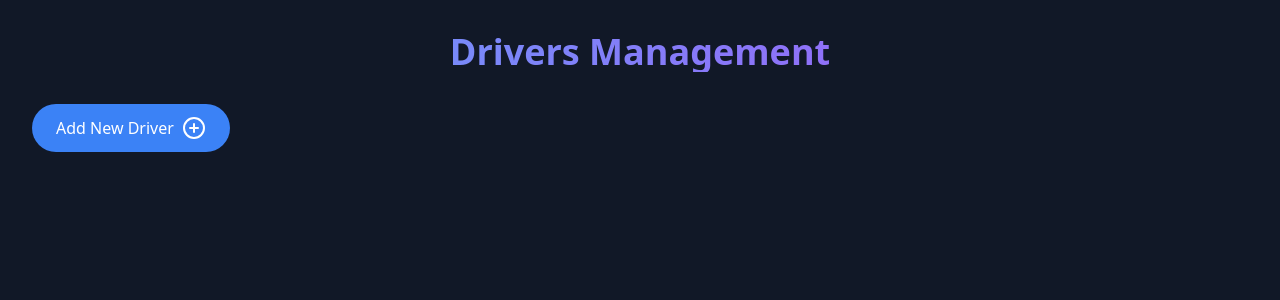
Repository: REXREGALIA/Sentinel-fuel
Page: /drivers
An editor plug-in stored every save of this project. The page is shown before and after the next save, followed by the edit.
The browser window is 1280 px wide. The pictures show the whole page.
The page's requests for data from a server got no answer. The project was rebuilt for these pictures with package versions that can differ from the ones it lists, and the page was loaded fresh each time. No one was signed in, and anything a server would have sent is missing. Also part of the build but not shown: vite.config.js, src/components/Login.jsx, src/components/Card.jsx, src/components/Forms.jsx, src/components/Home.jsx, src/components/Signup.jsx, src/components/land/About.jsx, src/components/land/Features.jsx and 11 more.

Above is the page before, as saved 2024-10-19 10:48:35.

### src/main.jsx
import { StrictMode } from "react";
import { createRoot } from "react-dom/client";
import App from "./App.jsx";
import "./index.css";
import AuthProvider from "./AuthContext.jsx";
createRoot(document.getElementById("root")).render(
  <StrictMode>
    <AuthProvider>
      <App />
    </AuthProvider>
  </StrictMode>
);

### src/App.jsx
import './App.css'
import Login from './components/Login'
import { BrowserRouter as Router, Route, Routes } from "react-router-dom";
import Home from './components/Home'
import Signup from './components/Signup'
import Landing from './components/land/Landing';
import Drivers from "./components/Drivers"
import DriverDetailView from './components/DriverDetailView'

function App() {

  return (
  <>
    <Router>
        <Routes>
          <Route path="/login" element={<Login />} />
          <Route path="/home" element={<Home />} />
          <Route path="/signup" element={<Signup />} />
          <Route path='/' element={<Landing />}></Route>
          <Route path="*" element={<NotFound />} />
          <Route path="/drivers" element={<Drivers/>} />
          <Route path="/driver/:driverName" component={DriverDetailView} />
        </Routes>
    </Router>
  </>
  )

}

function NotFound() {
  return <h1>404 - Page Not Found. Wrong HTTP Request</h1>;
}


export default App;

### src/index.css
@tailwind base;
@tailwind components;
@tailwind utilities;

/* body {
  background-color: #0000;
} */

### src/AuthContext.jsx
import { createContext, useEffect, useState } from "react";
import { onAuthStateChanged } from "firebase/auth";
import { auth } from "./Firebase";

const AuthContext = createContext();

export default function AuthProvider({ children }) {
  const [currentUser, setCurrentUser] = useState(null);
  const [loading, setLoading] = useState(true); // Set loading to true initially

  useEffect(() => {
    const unSubscribe = onAuthStateChanged(auth, (user) => {
      setCurrentUser(user);
      console.log(user); // Log the actual user, not currentUser
      setLoading(false); // Set loading to false once the user is checked
    });

    return () => unSubscribe(); // Clean up the subscription
  }, []);

  const value = { currentUser };

  return (
    <AuthContext.Provider value={value}>
      {!loading && children} {/* Render children only when loading is false */}
    </AuthContext.Provider>
  );
}

export { AuthContext };

### src/App.css
/* Reset margin and padding */
* {
  margin: 0;
  padding: 0;
  box-sizing: border-box;
}

/* Full height for html and body */
html,
body {
  height: 100%;
  overflow-x: hidden; /* Disable horizontal scroll */
}

/* Root container takes full viewport height */
#root,
.App {
  height: 100%;
  display: flex;
  flex-direction: column;
}

/* Make sure that scrolling doesn't add extra space */
body {
  background-color: #0000;
  overflow: hidden; /* Prevent vertical scroll space */
  position: relative;
}

### src/components/Drivers.jsx
import React, { useState } from 'react'
import { PlusCircle, X } from 'lucide-react'

export default function Drivers() {
  const [drivers, setDrivers] = useState([])
  const [showForm, setShowForm] = useState(false)
  const [selectedDriver, setSelectedDriver] = useState(null)
  const [formData, setFormData] = useState({
    id: '',
    name: '',
    driverId: '',
    truckId: '',
    licenseNumber: '',
    image: '',
    contactNumber: '',
    currentLocation: '',
    fuelInTank: 0
  })

  const handleChange = (e) => {
    const value = e.target.name === 'fuelInTank' ? parseFloat(e.target.value) : e.target.value
    setFormData({
      ...formData,
      [e.target.name]: value
    })
  }

  const handleSubmit = (e) => {
    e.preventDefault()
    const newDriver = { ...formData, id: Date.now().toString() }
    setDrivers([...drivers, newDriver])
    setShowForm(false)
    setFormData({
      id: '',
      name: '',
      driverId: '',
      truckId: '',
      licenseNumber: '',
      image: '',
      contactNumber: '',
      currentLocation: '',
      fuelInTank: 0
    })
  }

  const handleDriverClick = (driver) => {
    setSelectedDriver(driver)
    // Simulating route change
    console.log(`Navigating to /driver/${driver.name.toLowerCase().replace(' ', '_')}`)
  }

  return (
    <div className="min-h-screen bg-gray-900 text-white p-8">
      <h1 className="text-4xl font-bold mb-8 text-center bg-gradient-to-r from-blue-400 to-purple-500 text-transparent bg-clip-text">
        Drivers Management
      </h1>

      <button
        className="mb-8 px-6 py-3 bg-blue-500 rounded-full flex items-center space-x-2 hover:bg-blue-700 transition duration-300"
        onClick={() => setShowForm(true)}
      >
        <span>Add New Driver</span>
        <PlusCircle />
      </button>

      {showForm && (
        <div className="fixed inset-0 bg-black bg-opacity-50 flex items-center justify-center z-50">
          <div className="bg-gray-800 p-8 rounded-lg max-w-md w-full relative">
            <button
              className="absolute top-2 right-2 text-gray-400 hover:text-white"
              onClick={() => setShowForm(false)}
            >
              <X size={24} />
            </button>
            <h2 className="text-2xl font-bold mb-4">Add New Driver</h2>
            <form onSubmit={handleSubmit} className="space-y-4">
              <input
                type="text"
                name="name"
                value={formData.name}
                onChange={handleChange}
                placeholder="Name"
                className="w-full p-2 bg-gray-700 rounded text-white"
                required
              />
              <input
                type="text"
                name="driverId"
                value={formData.driverId}
                onChange={handleChange}
                placeholder="Driver ID"
                className="w-full p-2 bg-gray-700 rounded text-white"
                required
              />
              <input
                type="text"
                name="truckId"
                value={formData.truckId}
                onChange={handleChange}
                placeholder="Truck ID"
                className="w-full p-2 bg-gray-700 rounded text-white"
                required
              />
              <input
                type="text"
                name="licenseNumber"
                value={formData.licenseNumber}
                onChange={handleChange}
                placeholder="License Number"
                className="w-full p-2 bg-gray-700 rounded text-white"
                required
              />
              <input
                type="url"
                name="image"
                value={formData.image}
                onChange={handleChange}
                placeholder="Image URL"
                className="w-full p-2 bg-gray-700 rounded text-white"
                required
              />
              <input
                type="tel"
                name="contactNumber"
                value={formData.contactNumber}
                onChange={handleChange}
                placeholder="Contact Number"
                className="w-full p-2 bg-gray-700 rounded text-white"
                required
              />
              <input
                type="text"
                name="currentLocation"
                value={formData.currentLocation}
                onChange={handleChange}
                placeholder="Current Location"
                className="w-full p-2 bg-gray-700 rounded text-white"
                required
              />
              <input
                type="number"
                name="fuelInTank"
                value={formData.fuelInTank}
                onChange={handleChange}
                placeholder="Fuel in Tank (L)"
                className="w-full p-2 bg-gray-700 rounded text-white"
                required
              />
              <button type="submit" className="w-full py-2 bg-blue-500 rounded hover:bg-blue-600 transition duration-300">
                Add Driver
              </button>
            </form>
          </div>
        </div>
      )}

      <div className="grid grid-cols-2 sm:grid-cols-3 md:grid-cols-4 lg:grid-cols-5 gap-8">
        {drivers.map((driver) => (
          <div key={driver.id} className="flex flex-col items-center">
            <button
              onClick={() => handleDriverClick(driver)}
              className="w-24 h-24 rounded-full overflow-hidden hover:ring-4 hover:ring-blue-500 transition duration-300"
            >
              <img src={driver.image} alt={driver.name} className="w-full h-full object-cover" />
            </button>
            <p className="mt-2 text-center">{driver.name}</p>
          </div>
        ))}
      </div>

      {selectedDriver && (
        <div className="fixed inset-0 bg-black bg-opacity-50 flex items-center justify-center z-50">
          <div className="bg-gray-800 p-8 rounded-lg max-w-md w-full relative">
            <button
              className="absolute top-2 right-2 text-gray-400 hover:text-white"
              onClick={() => setSelectedDriver(null)}
            >
              <X size={24} />
            </button>
            <h2 className="text-2xl font-bold mb-4">{selectedDriver.name}</h2>
            <img src={selectedDriver.image} alt={selectedDriver.name} className="w-32 h-32 rounded-full mx-auto mb-4 object-cover" />
            <div className="space-y-2">
              <p><strong>Driver ID:</strong> {selectedDriver.driverId}</p>
              <p><strong>Truck ID:</strong> {selectedDriver.truckId}</p>
              <p><strong>License Number:</strong> {selectedDriver.licenseNumber}</p>
              <p><strong>Contact Number:</strong> {selectedDriver.contactNumber}</p>
              <p><strong>Current Location:</strong> {selectedDriver.currentLocation}</p>
              <p><strong>Fuel in Tank:</strong> {selectedDriver.fuelInTank} L</p>
            </div>
          </div>
        </div>
      )}
    </div>
  )
}

### src/Firebase.js
// Import the functions you need from the SDKs you need
import { initializeApp } from "firebase/app";
import { getAnalytics } from "firebase/analytics";
import { getFirestore } from "firebase/firestore";
import { getAuth } from "firebase/auth";
import { getStorage } from "firebase/storage"; // Import storage
// TODO: Add SDKs for Firebase products that you want to use
// https://firebase.google.com/docs/web/setup#available-libraries

// Your web app's Firebase configuration
// For Firebase JS SDK v7.20.0 and later, measurementId is optional
const firebaseConfig = {
  apiKey: "AIzaSyDgMiBgI52dN8_C9ijcL0qN6Y4Pv5azzRw",
  authDomain: "sentinel-fuel-195f0.firebaseapp.com",
  projectId: "sentinel-fuel-195f0",
  storageBucket: "sentinel-fuel-195f0.appspot.com",
  messagingSenderId: "554038089279",
  appId: "1:554038089279:web:c47e82a80020c44d1d8a8a",
  measurementId: "G-2VRRKG18V3",
};

// Initialize Firebase
const app = initializeApp(firebaseConfig);
const analytics = getAnalytics(app);

export const auth = getAuth(app);
const db = getFirestore(app);
const storage = getStorage(app); // Initialize storage

export { db, storage };

Loaded but not shown: index.html (common file); tailwind.config.js (common file)

After the next save:
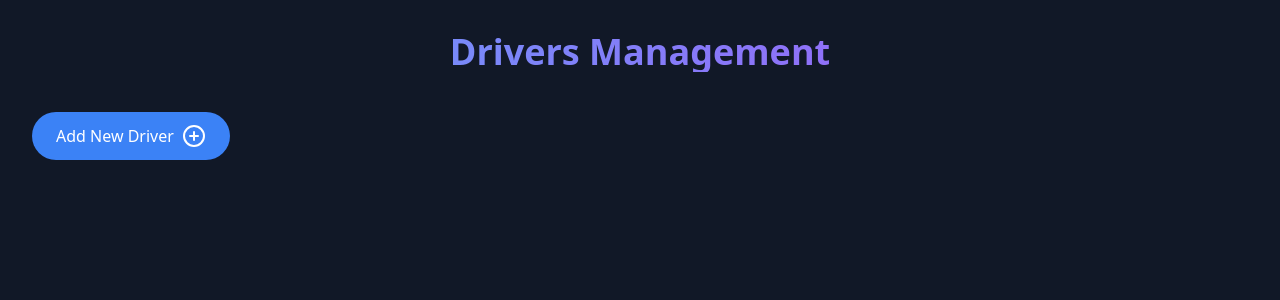
Saved 2 min 48 s later.
--- a/src/components/Drivers.jsx
+++ b/src/components/Drivers.jsx
@@ -51,7 +51,7 @@ export default function Drivers() {
 
   return (
     <div className="min-h-screen bg-gray-900 text-white p-8">
-      <h1 className="text-4xl font-bold mb-8 text-center bg-gradient-to-r from-blue-400 to-purple-500 text-transparent bg-clip-text">
+      <h1 className="text-4xl font-bold mb-10 text-center bg-gradient-to-r from-blue-400 to-purple-500 text-transparent bg-clip-text">
         Drivers Management
       </h1>
 
